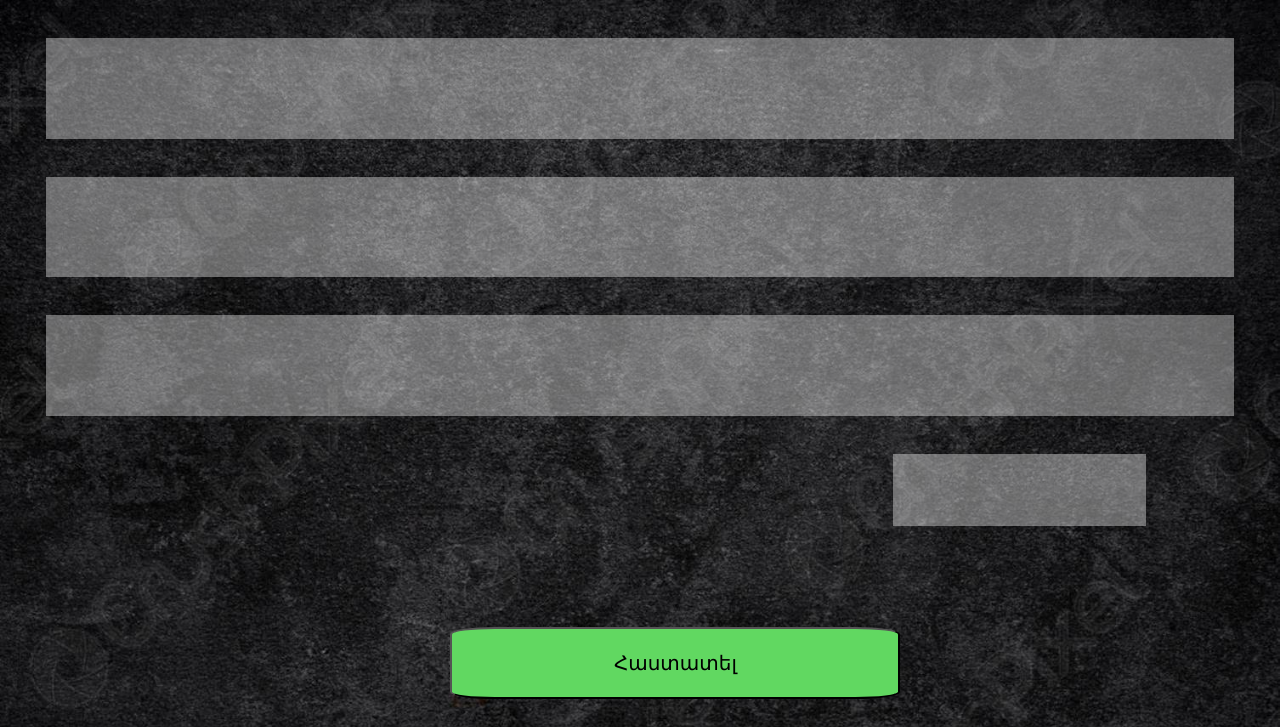
Repository: NarekTovmasyan/PizzaManue
Page: public/basket.html
These files come from the project's save history. The page is drawn as it stood at one moment and after the next save; the edit follows.
The browser window is 1280 px wide. The pictures show the whole page.

Above is the page before, as saved 2022-01-20 13:18:22.

After the next save:
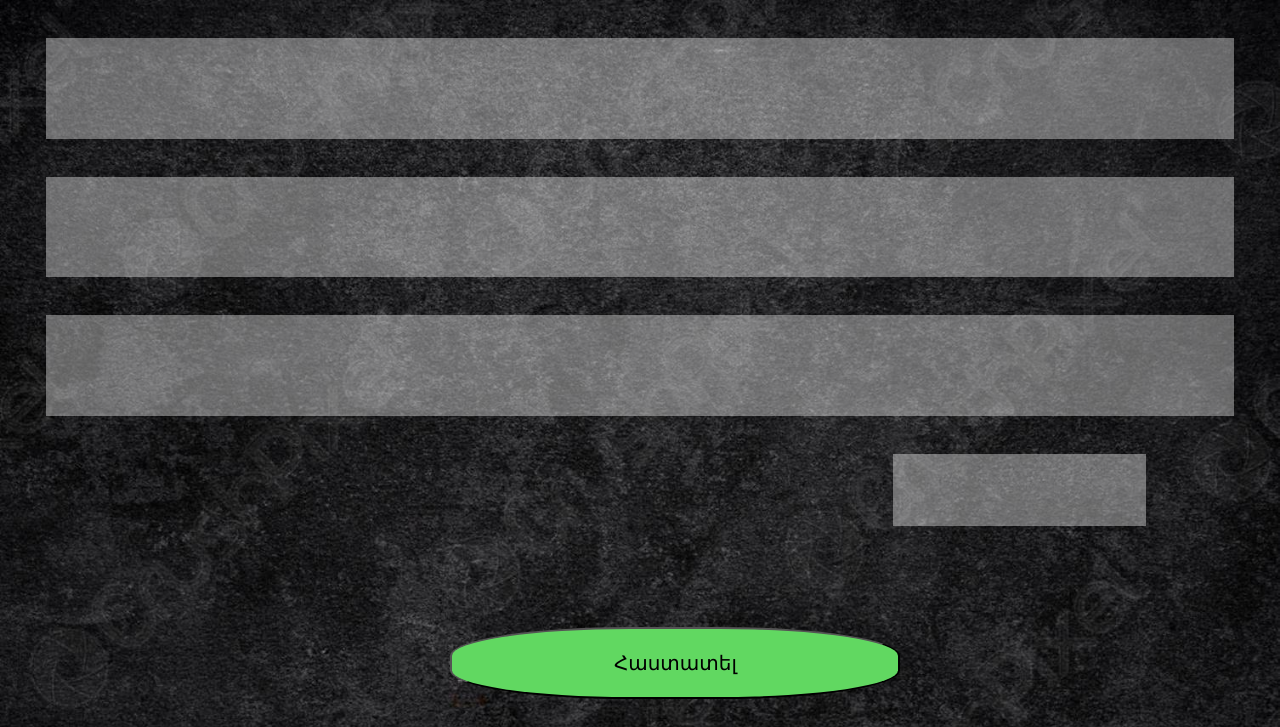
Saved 13 s later.
--- a/public/basket.css
+++ b/public/basket.css
@@ -33,7 +33,7 @@
 .button{
     padding: 22px 15px;
     background-color:rgb(97, 216, 97);
-    border-radius: 10%;
+    border-radius: 40%;
     text-align:center;
     width: 450px;
     font-size: 20px;
